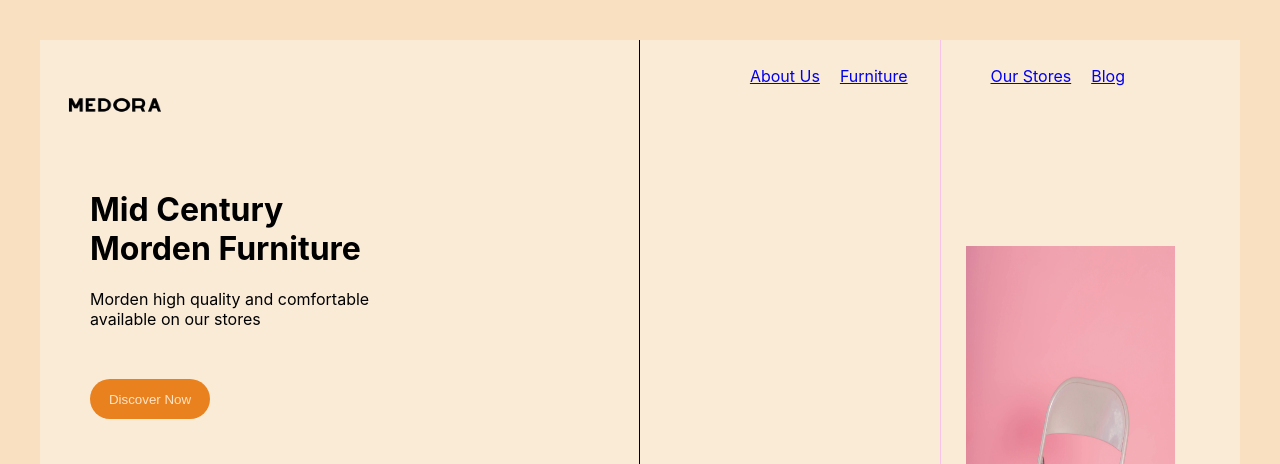
Repository: SbuKhoza/medora
Page: /
The author's editor kept a copy of each file at every save. The page is drawn from the files as they stood at one save, then again after the next save.
The browser window is 1280 px wide. The pictures show the part of the page from y = 0 to 464 px (the page is 1010 px tall).
Pictures or frames that could not be fetched are drawn as grey boxes. The project was rebuilt for these pictures with package versions that can differ from the ones it lists, and the page was loaded fresh each time.

Above is the page before, as saved 2024-07-12 08:41:51.

After the next save:
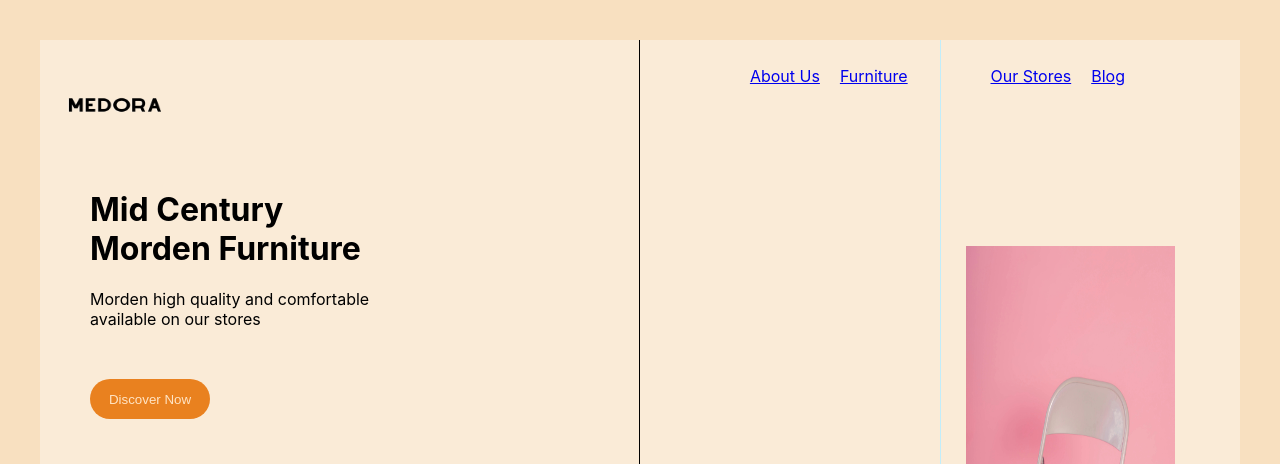
Saved 77 s later.
--- a/src/App.css
+++ b/src/App.css
@@ -55,7 +55,7 @@ body {
   height: 100vh;
   width: 25%;
   border-right: 0.5px solid;
-  border-color: rgb(250, 193, 233);
+  border-color: rgb(193, 237, 250);
 
 }
 
